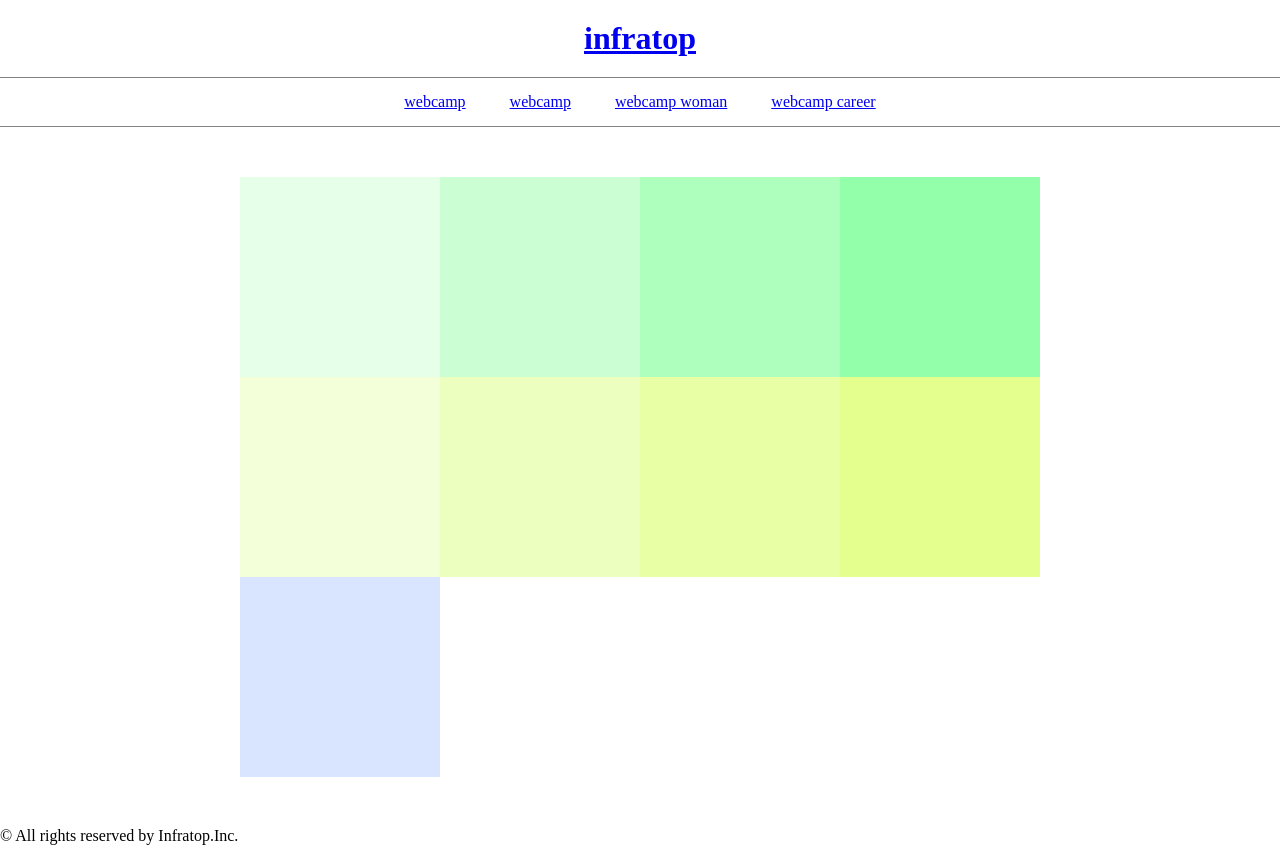
Repository: matuyama/dmm-webcamp
Page: chapter5/chapter5.html
The author's editor kept a record of every edit. The page is drawn from the files as they stood at one moment, then again after the next edit.
The browser window is 1280 px wide. The pictures show the whole page.

Above is the page before.

After the next edit:
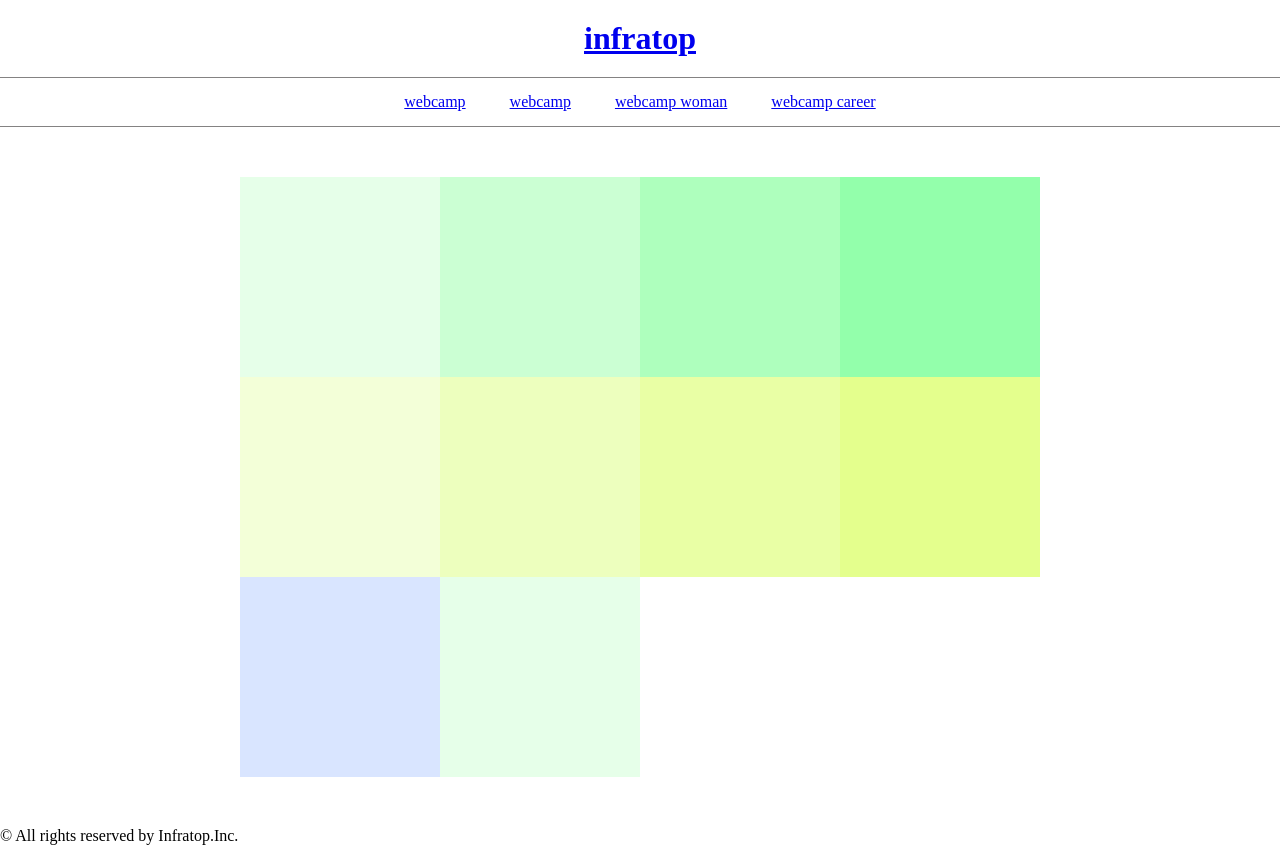
The edit:
--- a/chapter5/chapter5.css
+++ b/chapter5/chapter5.css
@@ -84,7 +84,7 @@
     background-color: #d9e5ff;
   }
 
-  .box1{
+  .box10{
     width: 200px;
     height: 200px;
     background-color: #e6ffe9;
